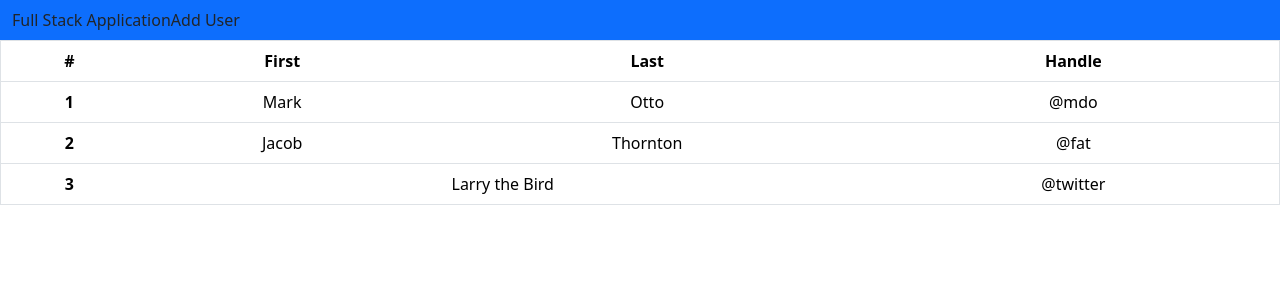
Repository: rajratangm/spring
Page: /adduser (app in front/)
The author's editor kept a copy of each file at every save. The page is drawn from the files as they stood at one save, then again after a run of saves.
The browser window is 1280 px wide. The pictures show the whole page.
The project was rebuilt for these pictures with package versions that can differ from the ones it lists, and the page was loaded fresh each time.

Above is the page before, as saved 2024-05-19 17:38:07.

After the next 3 saves:
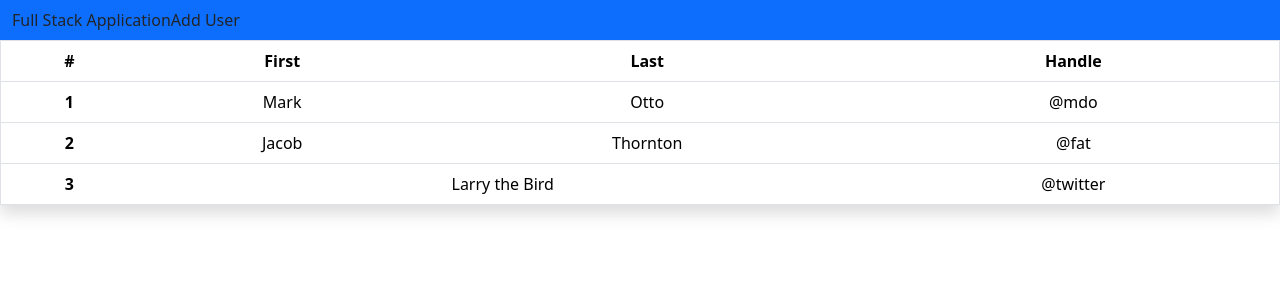
The 3 saves are shown as one change because they came seconds apart.
The last was saved 44 s later.
--- a/front/src/pages/Home.js
+++ b/front/src/pages/Home.js
@@ -4,7 +4,7 @@ const Home = () => {
   return (
     <div classNameName='container'>
         <div classNameName='py-4'>
-        <table className="table border">
+        <table className="table border shadow">
   <thead>
     <tr>
       <th scope="col">#</th>
